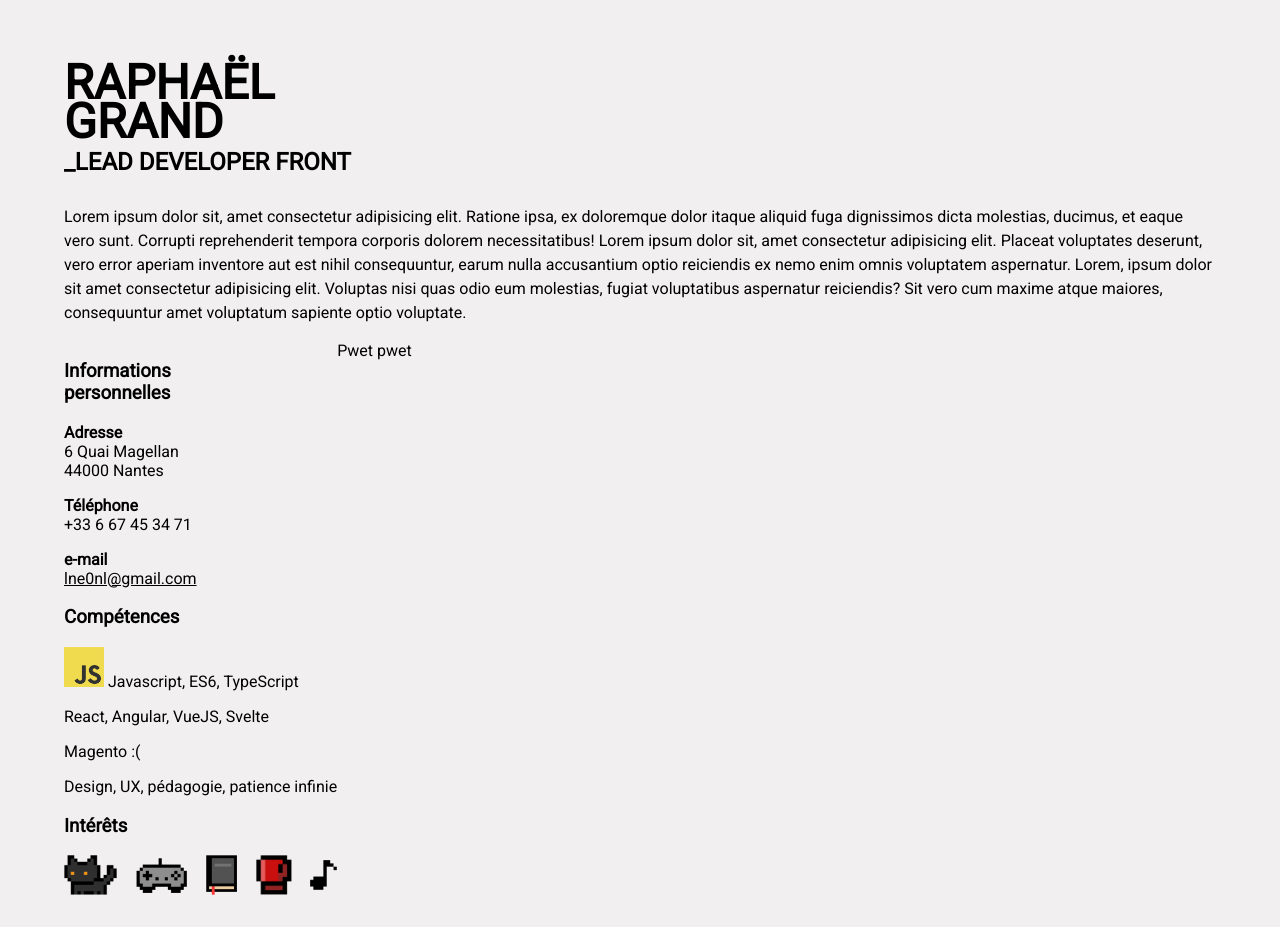
Repository: lne0nl/resume
Page: index.html
The author's editor kept a copy of each file at every save. The page is drawn from the files as they stood at one save, then again after the next save.
The browser window is 1280 px wide. The pictures show the whole page.

Above is the page before, as saved 2021-12-10 11:18:48.

After the next save:
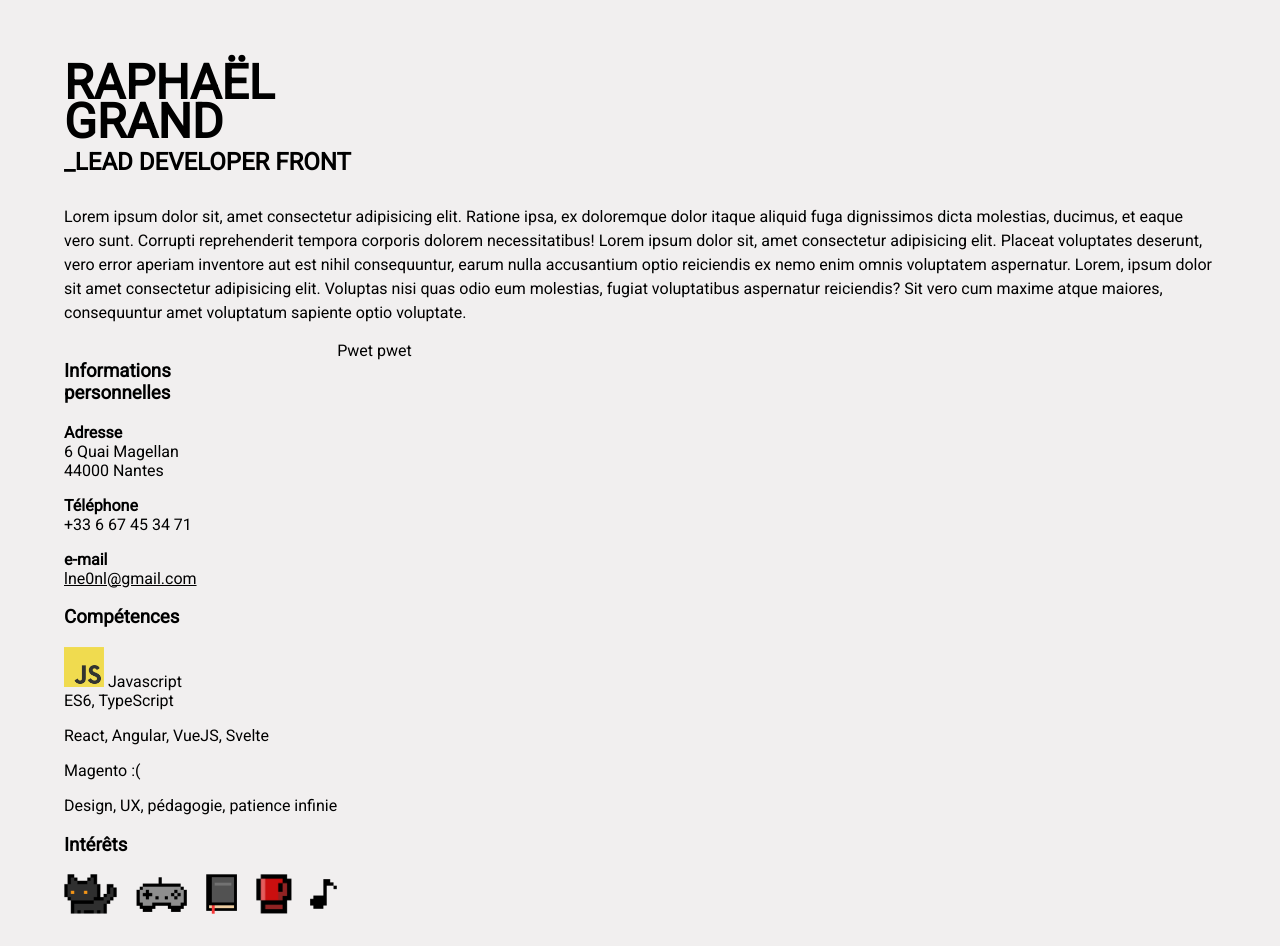
Saved 17 s later.
--- a/index.html
+++ b/index.html
@@ -54,7 +54,7 @@
           <h3>Compétences</h3>
           <div>
             <img class="logo" src="images/js.png" alt="Javascript" title="Javascript">
-            Javascript, ES6, TypeScript
+            Javascript<br> ES6, TypeScript
           </div>
           <ul>
             <li>
